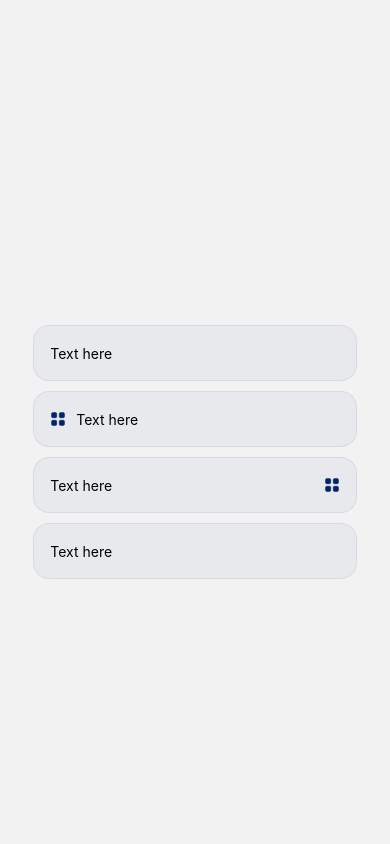
Repository: hungdomanh95/setuptheme
Screen: /
These files come from the project's save history. The screen is drawn as it stood at one moment and after the next save; the edit follows.
The app was drawn by React Native's web renderer in a window 390 px wide. The project was rebuilt for these pictures with package versions that can differ from the ones it lists, and the page was loaded fresh each time. Also part of the build but not shown: src/components/Fade/index.js, src/components/Slide/index.js, src/components/RNCheckbox/index.js.

Above is the screen before, as saved 2022-05-17 17:55:30.

### App.js
import {View, Text} from 'react-native';
import React from 'react';
import RootNavigation from './src/navigation/rootNavigation';

const App = () => {
  return <RootNavigation />;
};

export default App;

### src/navigation/rootNavigation.js
import React from 'react'
import {NavigationContainer} from '@react-navigation/native';
import {createNativeStackNavigator} from '@react-navigation/native-stack';
import {
  HomeScreen,
} from '../screens';
import { SafeAreaProvider } from 'react-native-safe-area-context';

const Stack = createNativeStackNavigator();
const RootNavigation = () => {
  const screenOptions = {
    headerTransparent: true,
    headerShown: false,
  };
  const stackOption = {
    headerShown: true,
    headerBackTitle: '',
    headerTitle: '',
  };
  return (
    <SafeAreaProvider>
      <NavigationContainer>
        <Stack.Navigator screenOptions={screenOptions}>
          <Stack.Screen name="HomeScreen" component={HomeScreen} />
        </Stack.Navigator>
      </NavigationContainer>
    </SafeAreaProvider>
  );
};

export default RootNavigation;

### src/screens/index.js
import HomeScreen from './HomeScreen';
export {HomeScreen};

### src/screens/HomeScreen/index.js
import {View, StyleSheet} from 'react-native';
import React from 'react';
import {COLOR} from '../../theme';
import {Button, CheckBox, Input} from '../../components';
const icon = require("../../assets/icon/Categary.png")

const HomeScreen = () => {
  const handle = () => {
    console.log("=====--------");
  }
  return (
    <View style={styles.container}>
      {/* <Button text="Button" type={'primary'} size={'fullsize'} />
      <Button text="Button" type={'danger'} size={'medium'} />
      <Button text="Button" type={'success'} size={'small'} />
      <Button text="Button" type={'warning'} size={80} />
      <Button
        text="Button"
        type={'primary'}
        size={'fullsize'}
        disabled={true}
      />
      <Button text="Button" color={COLOR.neural8} colorText={COLOR.neural} />

      <CheckBox /> */}
      <Button

      />
      <Input placeholder="Text here"/>
      <Input placeholder="Text here" iconLeft={icon} />
      <Input placeholder="Text here" iconRight={icon} />
      <Input placeholder="Text here" onPress={handle} />
    </View>
  );
};

export default HomeScreen;
const styles = StyleSheet.create({
  container: {
    flex: 1,
    justifyContent: 'center',
    alignItems: 'center',
  },
});

### src/theme/index.js
import {StyleSheet, Dimensions} from 'react-native';
const {width, height} = Dimensions.get('window');
const width_design = 375;
export const SIZE = {
  width,
  height,
  spacing: 16,
  spacing10:10,
  icon: 24,
  iconInput:16,
  btn1: (width * 343) / width_design,
  btn2: (width * 196) / width_design,
  btn3: (width * 160) / width_design,
  checkbox: 25,
  input1:(width * 311) / width_design
};
export const COLOR = {
  primary: '#002665',
  primary80: 'rgba(0, 38, 101, 0.8)',
  primary60: 'rgba(0, 38, 101, 0.6)',
  primary40: 'rgba(0, 38, 101, 0.4)',
  primary24: 'rgba(0, 38, 101, 0.24)',
  primary16: 'rgba(0, 38, 101, 0.16)',
  primary8: 'rgba(0, 38, 101, 0.08)',
  primary4: 'rgba(0, 38, 101, 0.04)',
  secondary: '#2567F9',
  secondary50: '#0077FF',
  secondary40: 'rgba(0, 119, 255, 0.4)',
  secondary24: 'rgba(0, 119, 255, 0.24)',
  secondary16: 'rgba(0, 119, 255, 0.16)',
  secondary8: 'rgba(0, 119, 255, 0.08)',
  white: '#FFFFFF',
  white64: 'rgba(255,255,255,0.64)',
  white40: 'rgba(255,255,255,0.4)',
  white24: 'rgba(255,255,255,0.24)',
  white16: 'rgba(255,255,255,0.16)',
  white8: 'rgba(255,255,255,0.08)',
  white4: 'rgba(255,255,255,0.04)',
  yellow: '#FDBE01',
  yellow80: 'rgba(253, 190, 1, 0.8)',
  yellow40: 'rgba(253, 190, 1, 0.4)',
  yellow16: 'rgba(253, 190, 1, 0.16)',
  red: '#DA000B',
  red80: 'rgba(227, 38, 46, 0.8)',
  red40: 'rgba(227, 38, 46, 0.4)',
  red16: 'rgba(227, 38, 46, 0.16)',
  gray: '#6D7E92',
  gray40: '#7689A2',
  gray24: '#B3BDCB',
  gray16: '#DADFE6',
  gray8: '#F9FAFD',
  green: '#18A348',
  green50: '#25C26E',
  green40: 'rgba(37, 194, 110, 0.4)',
  green24: 'rgba(37, 194, 110, 0.24)',
  neural: '#FFB200',
  neural80: 'rgba(255, 178, 0, 0.8)',
  neural40: 'rgba(255, 178, 0, 0.4)',
  neural24: 'rgba(255, 178, 0, 0.24)',
  neural16: 'rgba(255, 178, 0, 0.16)',
  neural8: 'rgba(255, 178, 0, 0.08)',
  orange: '#F44B02',
  orange80: 'rgba(244, 75, 2, 0.8)',
  orange40: 'rgba(244, 75, 2, 0.4)',
  orange8: '#FFECE3',
  infor: '#0289F4',
  infor80: 'rgba(2, 137, 244, 0.8)',
  infor40: 'rgba(2, 137, 244, 0.4)',
  infor10: 'rgba(2, 137, 244, 0.1)',
};
export const TEXT = StyleSheet.create({
  h1: {
    fontSize: 22,
    lineHeight: 33,
  },
  h2: {
    fontSize: 20,
    lineHeight: 30,
  },
  h3: {
    fontSize: 18,
    lineHeight: 27,
  },
  fz16: {
    fontSize: 16,
    lineHeight: 24,
  },
  fz14: {
    fontSize: 14,
    lineHeight: 21,
  },
  fz12: {
    fontSize: 12,
    lineHeight: 18,
  },
  fz10: {
    fontSize: 10,
    lineHeight: 15,
  },
  bold: {
    fontWeight: '700',
  },
  medium: {
    fontWeight: '500',
  },
  regular: {
    fontWeight: '400',
  },
});
export const SHADOWS = StyleSheet.create({
  sh: {
    backgroundColor: '#FFFFFF',
    shadowColor: 'rgba(0, 38, 101, 0.1)',
    shadowOffset: {
      width: 0,
      height: 2,
    },
    shadowOpacity: 2,
    shadowRadius: 5,
    elevation: 5,
  },
});

### src/components/index.js
import Fade from './Fade';
import Slide from './Slide';
import Button from './RNButton';
import CheckBox from './RNCheckbox';
import Input from './Input';
export {Fade, Slide, Button, CheckBox, Input};

### src/components/RNButton/index.js
import {StyleSheet, Text, View, TouchableOpacity} from 'react-native';
import React, {useEffect} from 'react';
import {COLOR, SIZE, TEXT} from '../../theme';

const RNButton = props => {
  const {text, type, size, onPress, disabled} = props;

  const colorBTN = () => {
    let colorBtn;
    if (disabled) colorBtn = COLOR.primary8;
    else if (type === 'success') colorBtn = COLOR.green;
    else if (type === 'warning') colorBtn = COLOR.neural;
    else if (type === 'danger') colorBtn = COLOR.red;
    else if (type === 'primary') colorBtn = COLOR.primary;
    else if (props.color) colorBtn = props.color;
    return colorBtn;
  };
  const sizeBTN = () => {
    let sizeBtn = SIZE.btn1;
    if (size === 'fullsize') sizeBtn = SIZE.btn1;
    else if (size === 'medium') sizeBtn = SIZE.btn2;
    else if (size === 'small') sizeBtn = SIZE.btn3;
    else if (typeof size == 'number') sizeBtn = size;
    return sizeBtn;
  };
  const colorText = () => {
    let colorText = COLOR.white;
    if (disabled) colorText = COLOR.primary24;
    else if (props.colorText) colorText = props.colorText;
    return colorText;
  };
  const styles = styleWithProps(props, colorBTN(), sizeBTN(), colorText());
  return (
    <TouchableOpacity
      style={styles.container}
      onPress={onPress}
      disabled={disabled}>
      <Text style={styles.text}>{text}</Text>
    </TouchableOpacity>
  );
};

const styleWithProps = (props, color, size, colorText) => {
  return StyleSheet.create({
    container: {
      width: size,
      height: 50,
      justifyContent: 'center',
      alignItems: 'center',
      backgroundColor: color,
      borderRadius: 15,
      marginVertical: 5,
    },
    text: {
      color: colorText,
      ...TEXT.fz16,
      ...TEXT.bold,
    },
  });
};
export default RNButton;

### src/components/Input/index.js
import {StyleSheet, Text, View, TextInput, Image} from 'react-native';
import React from 'react';
import {COLOR, SIZE} from '../../theme';
// import {Button} from '../RNButton';
const Input = props => {
  const {placeholder, iconLeft, iconRight, onChangeText, value, onPress} = props;
  const styles = styleWithProps(props);
  return (
    <View style={styles.container}>
      {iconLeft && <Image source={iconLeft} style={styles.iconLeft} />}
      <TextInput
        placeholder={placeholder || 'Text here'}
        onChangeText={onChangeText}
        value={value}
      />
      {/* {onPress && <Button/>} */}
      {iconRight && <Image source={iconRight} style={styles.iconRight} />}
    </View>
  );
};

const styleWithProps = props =>
  StyleSheet.create({
    container: {
      borderWidth: 1,
      borderColor: COLOR.primary8,
      width: SIZE.input1,
      height: 56,
      borderRadius: 16,
      backgroundColor: COLOR.primary4,
      paddingLeft: SIZE.spacing,
      paddingRight:SIZE.spacing + SIZE.iconInput,
      // paddingHorizontal: SIZE.spacing + SIZE.iconInput + SIZE.spacing10,
      flexDirection: 'row',
      alignItems: 'center',
      marginVertical: 5,
      ...props.style,
    },
    iconLeft: {
      width: SIZE.iconInput,
      height: SIZE.iconInput,
      marginRight: SIZE.spacing10,
    },
    iconRight: {
      width: SIZE.iconInput,
      height: SIZE.iconInput,
      position: 'absolute',
      right: SIZE.spacing,
    },
  });
export default Input;

After the next save:
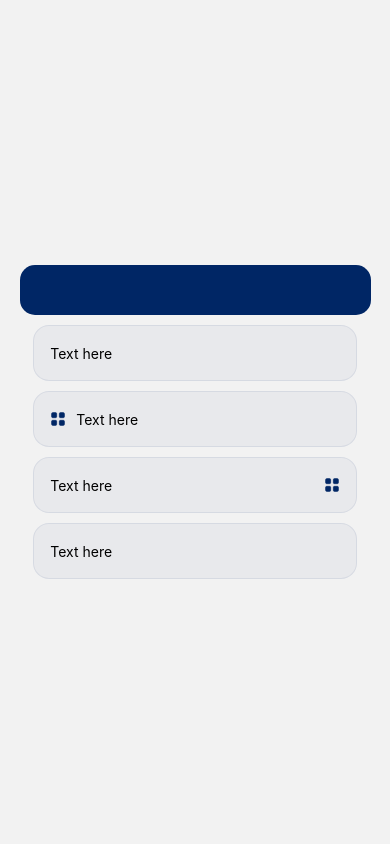
Saved 24 s later.
--- a/src/components/RNButton/index.js
+++ b/src/components/RNButton/index.js
@@ -6,7 +6,7 @@ const RNButton = props => {
   const {text, type, size, onPress, disabled} = props;
 
   const colorBTN = () => {
-    let colorBtn;
+    let colorBtn = COLOR.primary
     if (disabled) colorBtn = COLOR.primary8;
     else if (type === 'success') colorBtn = COLOR.green;
     else if (type === 'warning') colorBtn = COLOR.neural;
@@ -16,7 +16,7 @@ const RNButton = props => {
     return colorBtn;
   };
   const sizeBTN = () => {
-    let sizeBtn = SIZE.btn1;
+    let sizeBtn = "90%";
     if (size === 'fullsize') sizeBtn = SIZE.btn1;
     else if (size === 'medium') sizeBtn = SIZE.btn2;
     else if (size === 'small') sizeBtn = SIZE.btn3;
@@ -50,6 +50,7 @@ const styleWithProps = (props, color, size, colorText) => {
       backgroundColor: color,
       borderRadius: 15,
       marginVertical: 5,
+      ...props.style,
     },
     text: {
       color: colorText,
